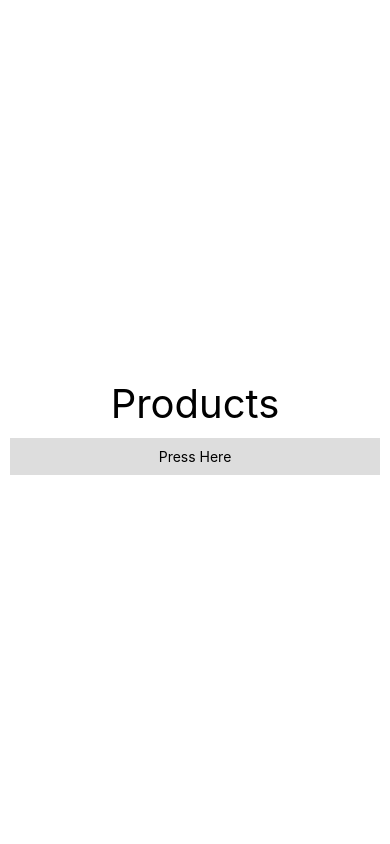
Repository: gatortim50/MyProducts
Screen: /
The author's editor kept a copy of each file at every save. The screen is drawn from the files as they stood at one save, then again after the next save.
The page's requests for data from a server got no answer. The app was drawn by React Native's web renderer in a window 390 px wide. The project was rebuilt for these pictures with package versions that can differ from the ones it lists, and the page was loaded fresh each time. No one was signed in, and anything a server would have sent is missing.

Above is the screen before, as saved 2022-12-20 20:59:48.

### index.js
import React from 'react';
import { AppRegistry } from 'react-native';
import App from './src/App';
import { name as appName } from './app.json';
import { store } from './src/store';
import { Provider } from 'react-redux';
import { ApiProvider } from '@reduxjs/toolkit/query/react';
import {productsApi} from './src/features/apiSlice';


AppRegistry.registerComponent(appName, () => () => (
  <React.StrictMode>
    <Provider store={store}>
      <ApiProvider api={productsApi}>
        <App />
      </ApiProvider>
    </Provider>
  </React.StrictMode>
));

### src/App.tsx
import React, { useState } from "react";
import { StyleSheet, Text, TouchableOpacity, View } from "react-native";
import {
  useGetAllProductsQuery,
  useGetProductQuery,
} from './features/apiSlice';

const App = () => {
  const [count, setCount] = useState(0);
  const { data: allProductsData, error, isError, isLoading, } = useGetAllProductsQuery();
  const { data: singleProductData } = useGetProductQuery('iphone');
  console.log('!!',  error, isError, isLoading);

  const onPress = () => {
    setCount(prevCount => prevCount + 1);
    console.log('count:', count);
  }

  const Card = ({ title, showButton }) => (
    <View>
      <Text style={{ fontSize: 40 }}>{title}</Text>
      {showButton &&
        <TouchableOpacity
          style={styles.button}
          onPress={onPress}
        >
        <Text>Press For Products</Text>
      </TouchableOpacity>
      }
    </View>
  )

  return (
    <View style={styles.container}>
      <View style={styles.countContainer}>
        <Card title="Products" showButton={false} />
      </View>
      <TouchableOpacity
        style={styles.button}
        onPress={onPress}
      >
        <Text>Press Here</Text>
      </TouchableOpacity>
    </View>
  );
};

const styles = StyleSheet.create({
  container: {
    flex: 1,
    justifyContent: "center",
    paddingHorizontal: 10
  },
  button: {
    alignItems: "center",
    backgroundColor: "#DDDDDD",
    padding: 10
  },
  countContainer: {
    alignItems: "center",
    padding: 10
  }
});

export default App;

### app.json
{
  "name": "MyUsersApp",
  "displayName": "MyUsersApp"
}

### src/store.ts
import { configureStore, createSlice, PayloadAction } from "@reduxjs/toolkit";
import { productsApi } from "./features/apiSlice";
export const store = configureStore({
  reducer: {
    [productsApi.reducerPath]: productsApi.reducer,
  },
  middleware: (getDefaultMiddleware) =>
  getDefaultMiddleware().concat(productsApi.middleware),
});

### src/features/apiSlice.js
/* React-specific entry point that automatically generates
hooks corresponding to the defined endpoints */
import { createApi, fetchBaseQuery } from '@reduxjs/toolkit/query/react';

export const productsApi = createApi({
  reducerPath: "productsApi",
  baseQuery: fetchBaseQuery({baseUrl: "https://dummyjson.com/"}),
  endpoints: (builder) => ({
    getAllProducts: builder.query({
      query: () => "products",
    }),
    getProduct: builder.query({
      query: (product) => `products/search/q=${product}`,
    }),
  }),
});

export const { useGetAllProductsQuery, useGetProductQuery } = productsApi;

After the next save:
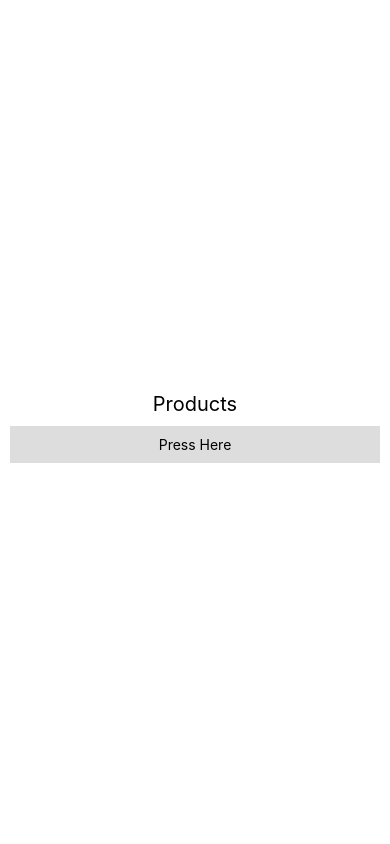
Saved 2 min 36 s later.
--- a/src/App.tsx
+++ b/src/App.tsx
@@ -18,7 +18,7 @@ const App = () => {
 
   const Card = ({ title, showButton }) => (
     <View>
-      <Text style={{ fontSize: 40 }}>{title}</Text>
+      <Text style={{fontSize: 20}}>{title}</Text>
       {showButton &&
         <TouchableOpacity
           style={styles.button}
